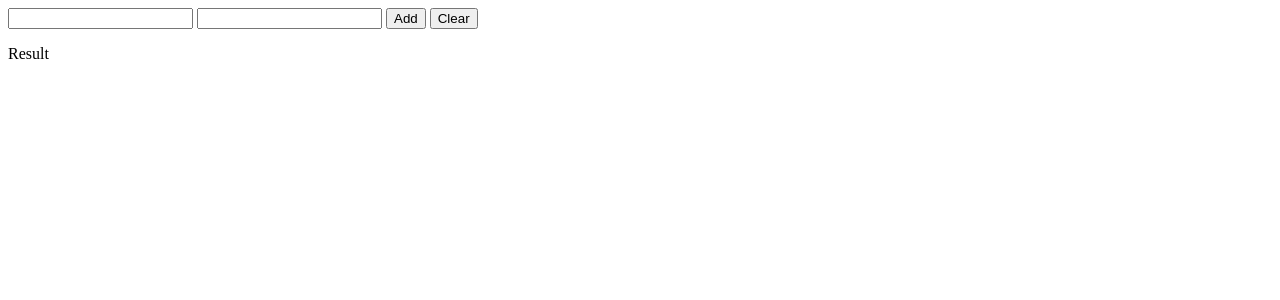
Repository: Haakim19/JavaScript
Page: index.html
An editor plug-in stored every save of this project. The page is shown before and after the next save, followed by the edit.
The browser window is 1280 px wide. The pictures show the whole page.
Empty fields were first filled with sample values (such as "Sample", 5 or name@example.com).
After loading, the first visible `button[onclick="clearBox()"]` was clicked once.

Above is the page before, as saved 2024-10-13 20:21:03.

### index.html
<!DOCTYPE html>
<html lang="en">
<head>
    <meta charset="UTF-8">
    <meta name="viewport" content="width=device-width, initial-scale=1.0">
    <title>Dom Manipulation</title>
</head>
<body>
    <!-- <p id="one">hello</p>
    <h1 id = "title">Dom Manipulation</h1> -->
    <input id = "num1" >
    <input  id = "num2" >
    <button onclick="add()">Add</button>
    <button onclick="clearBox()">Clear</button>
    <p id="result">Result</p>
    <script>
        // Select the P tag with the id.
        // print content inside the p tag using innerHTML
        // paragraph = document.getElementById('one')
        // paragraph.textContent = 'Zoro'
        // console.log(paragraph.textContent);

        // Select the h1 tag with the id.
        // print content inside the h1 tag
        // heading = document.getElementById('title')
        // heading.textContent = 'Hello'
        // console.log(heading.textContent);

        //select the input tag with the id
        var box1 = document.getElementById('num1')
        var box2 = document.getElementById('num2')
        var result = document.getElementById('result')


        function add(){
            var box1Value = Number(box1.value)
            var box2Value = Number(box2.value)
            result.textContent = box1Value + box2Value
        }
        function clearBox(){
            // box1Value = box1.clear()
            // box2Value = box2.clear()
            // result.textContent = 'Result'
            box1.value = ''
            box2.value = ''
            result.value = ''
            console.log("Called clear")
        }

    </script>
</body>
</html>

After the next save:
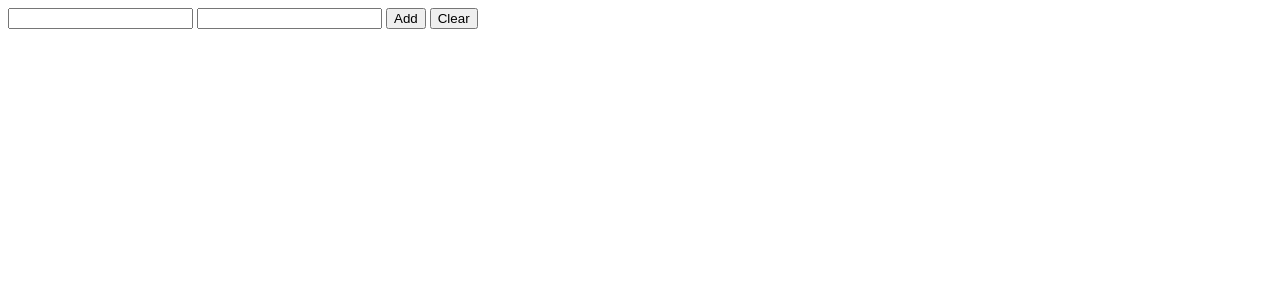
Saved 15 s later.
--- a/index.html
+++ b/index.html
@@ -43,7 +43,7 @@
             // result.textContent = 'Result'
             box1.value = ''
             box2.value = ''
-            result.value = ''
+            result.innerText = ''
             console.log("Called clear")
         }
 
